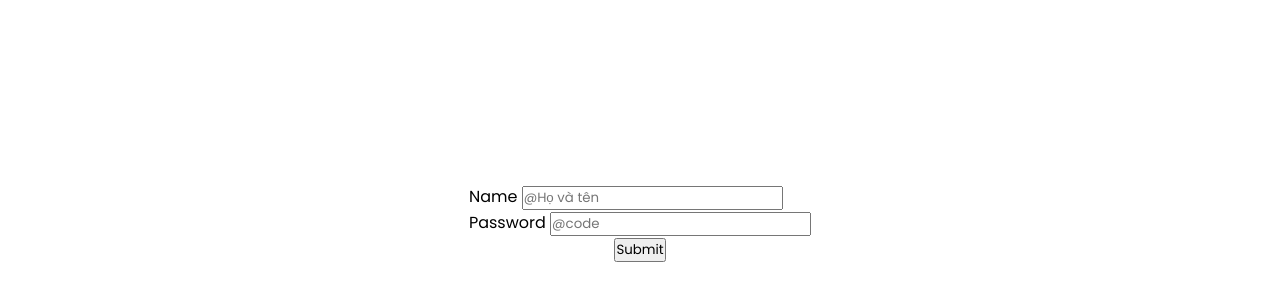
Repository: TruongVu299/Nhom21_NguyenThiNgocLam_DoTruongVu
Page: SourcesCode/index2.html
The author's editor kept a copy of each file at every save. The page is drawn from the files as they stood at one save, then again after the next save.
The browser window is 1280 px wide. The pictures show the whole page.

Above is the page before, as saved 2023-04-22 12:20:55.

After the next save:
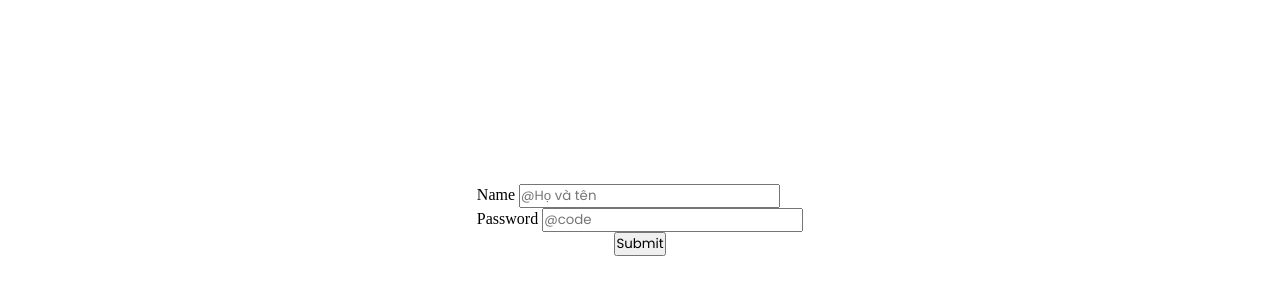
Saved 3 min 39 s later.
--- a/SourcesCode/index2.html
+++ b/SourcesCode/index2.html
@@ -6,6 +6,7 @@
     <meta name="viewport" content="width=device-width, initial-scale=1.0">
     <title>Đăng nhập</title>
     <link rel="stylesheet" href="./style2.css">
+    <link rel="stylesheet" href="./reset.css">
 </head>
 <body>
     <div id="wrapper">
